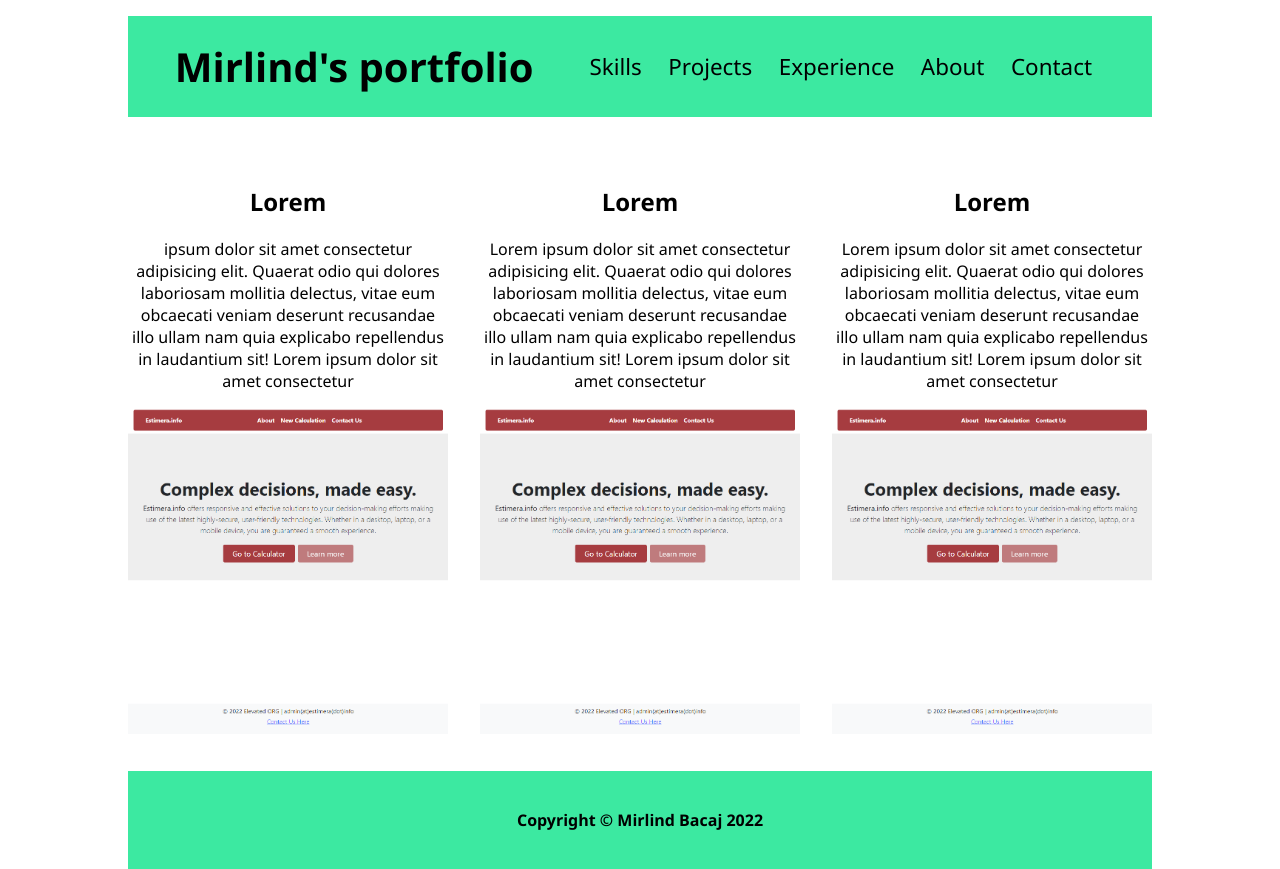
Repository: mirkbirki/mirkbirki.github.io
Page: index.html
These files come from the project's save history. The page is drawn as it stood at one moment and after the next save; the edit follows.
The browser window is 1280 px wide. The pictures show the whole page.

Above is the page before, as saved 2022-11-15 11:42:42.

After the next save:
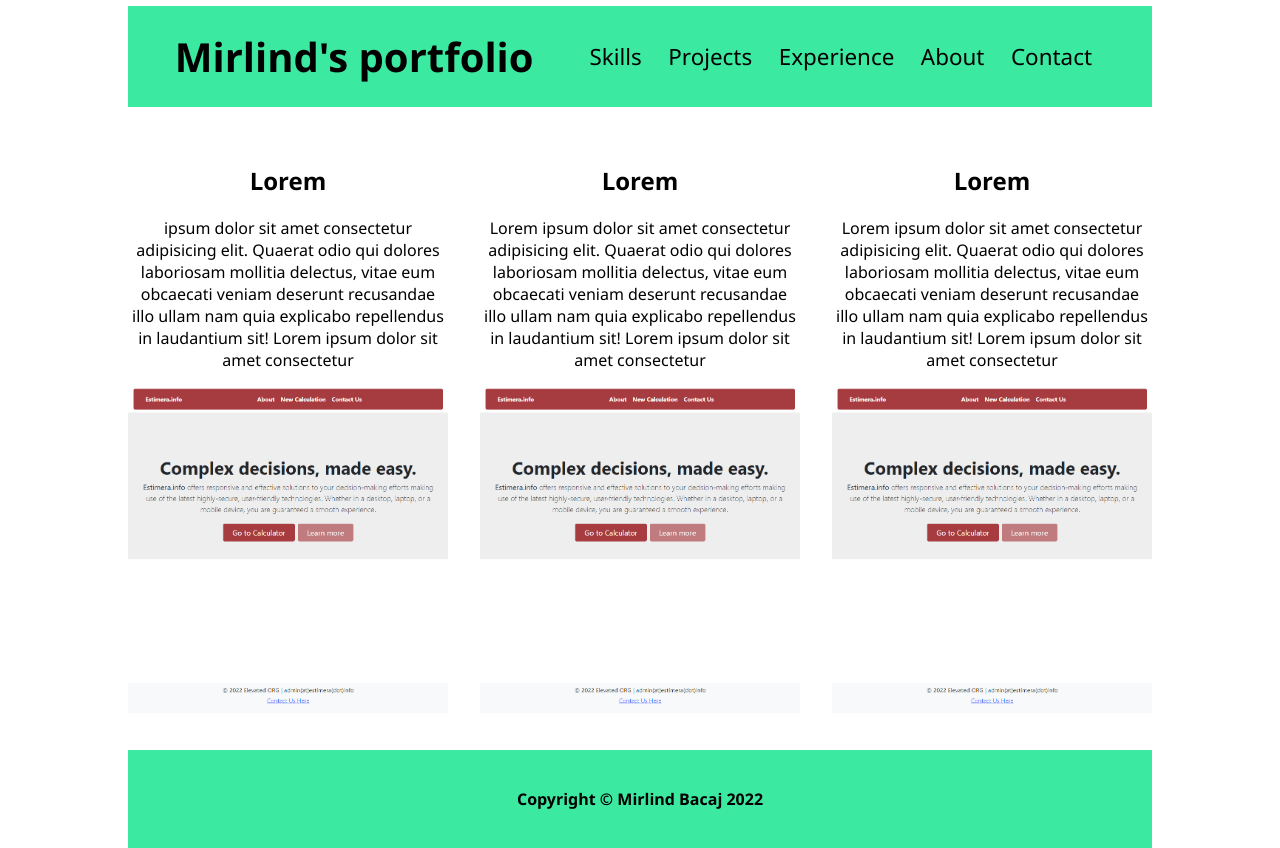
Saved 2 min 17 s later.
--- a/styles.css
+++ b/styles.css
@@ -20,7 +20,7 @@ body {
 .grid-item-1 {
   grid-column: 1/span 3;
   grid-row: 1/span2;
-  margin: 1em 0;
+  margin: 0.35em 0;
 }
 
 .flex-container {
